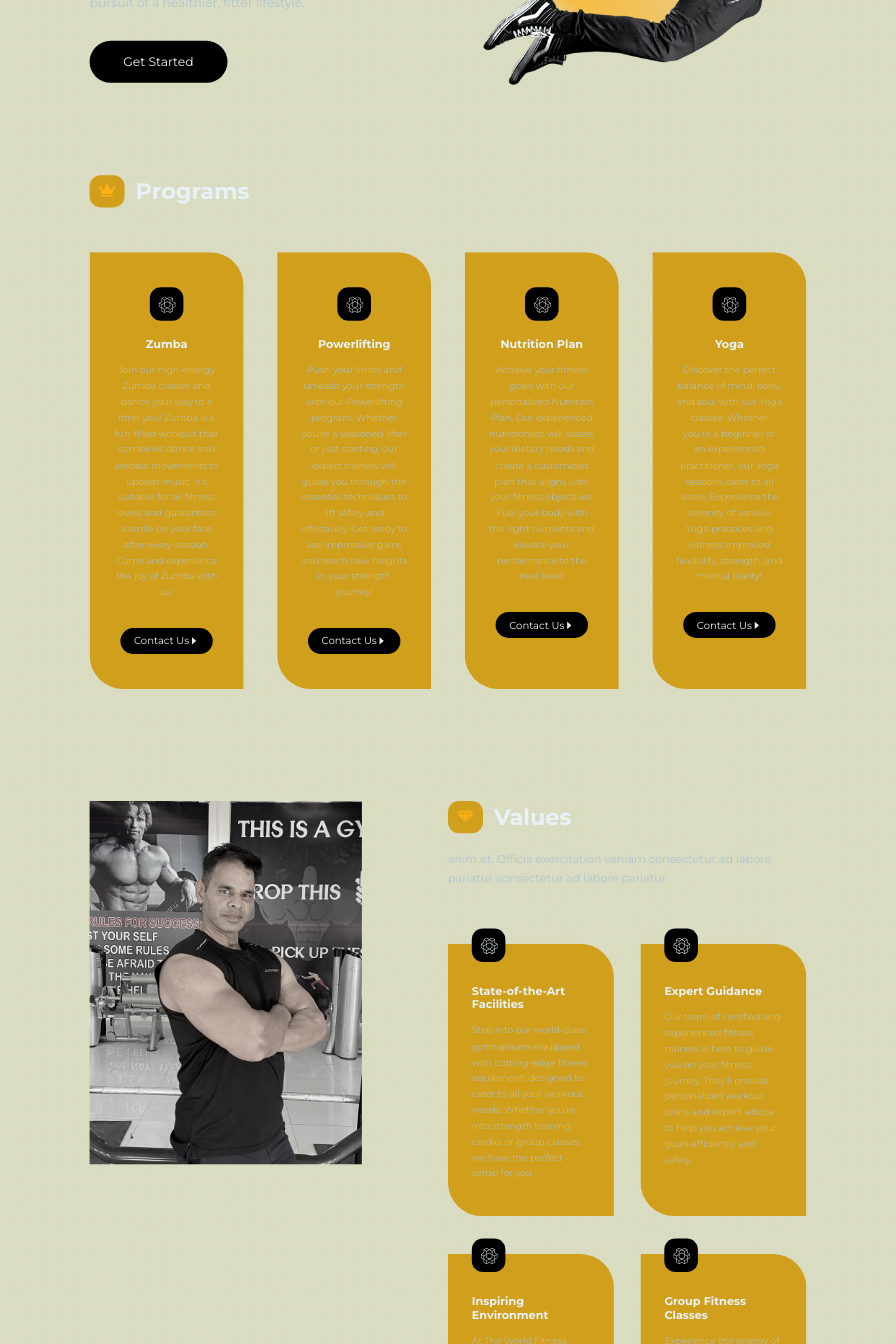
Repository: aryaMode/gym-portfolio
Page: /
These files come from the project's save history. The page is drawn as it stood at one moment and after the next save; the edit follows.
The browser window is 1280 px wide. The pictures show the part of the page from y = 526 to 2446 px (the page is 4873 px tall), at 70% of full size.
The project was rebuilt for these pictures with package versions that can differ from the ones it lists, and the page was loaded fresh each time. Also part of the build but not shown: src/pages/about/about.css, src/components/Header.jsx, src/pages/about/About.jsx, src/pages/contact/contact.css, src/pages/contact/Contact.jsx, src/pages/gallery/gallery.css, src/pages/gallery/Gallery.jsx, src/pages/notFound/notFound.css and 6 more.

Above is the page before, as saved 2023-07-20 17:45:33.

After the next save:
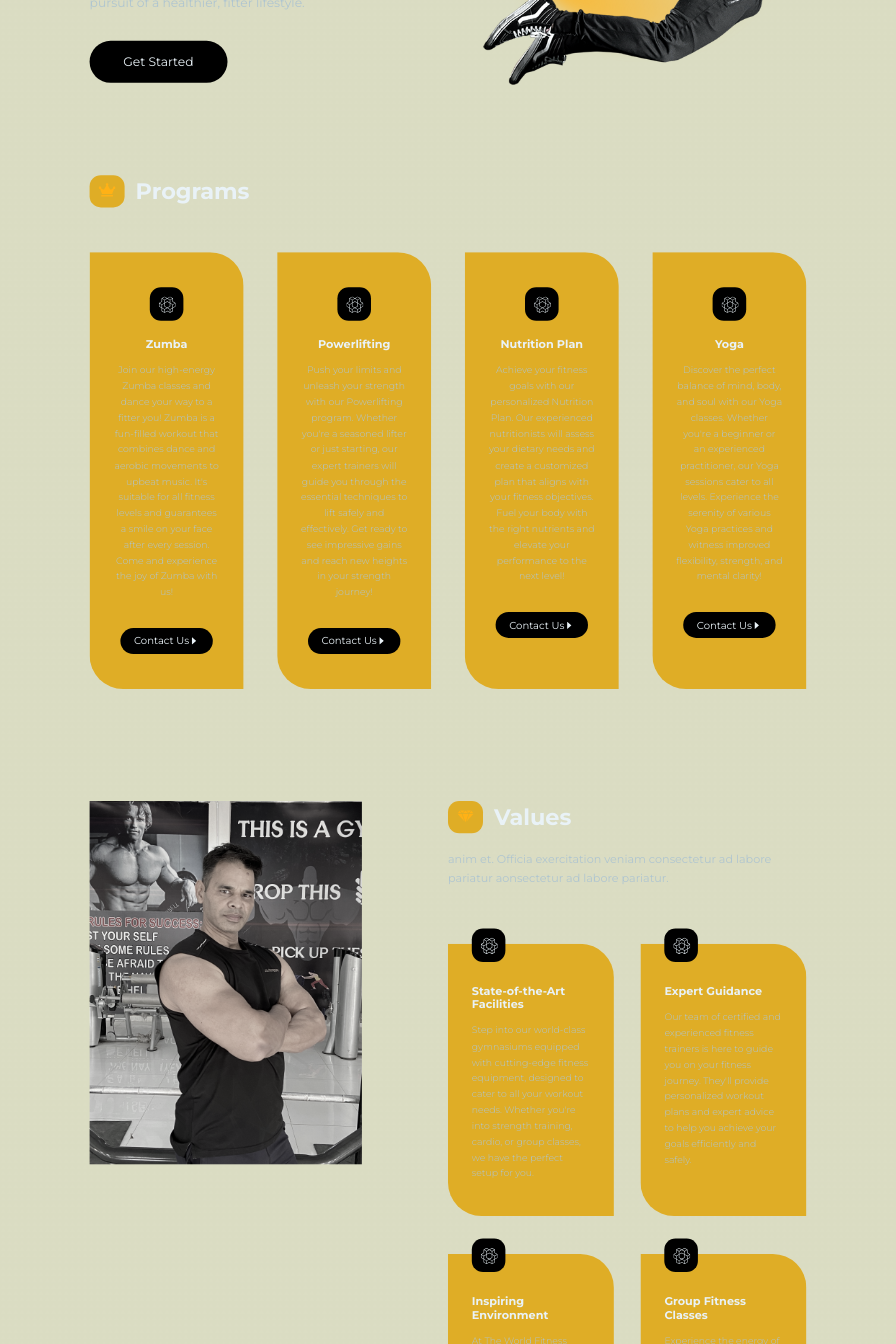
Saved 5 s later.
--- a/src/index.css
+++ b/src/index.css
@@ -21,7 +21,7 @@
     --color-gray-200: hsl(var(--gray-hue), 26%, 75%);
     --color-gray-300: hsl(var(--gray-hue), 24%, 64%);
     --color-gray-400: hsl(var(--gray-hue), 16%, 41%);
-    --color-gray-500: hsl(44, 77%, 46%);
+    --color-gray-500: hsl(44, 74%, 51%);
     --color-gray-600: hsl(var(--gray-hue), 48%, 15%);
 
     --container-width-lg: 80%;
